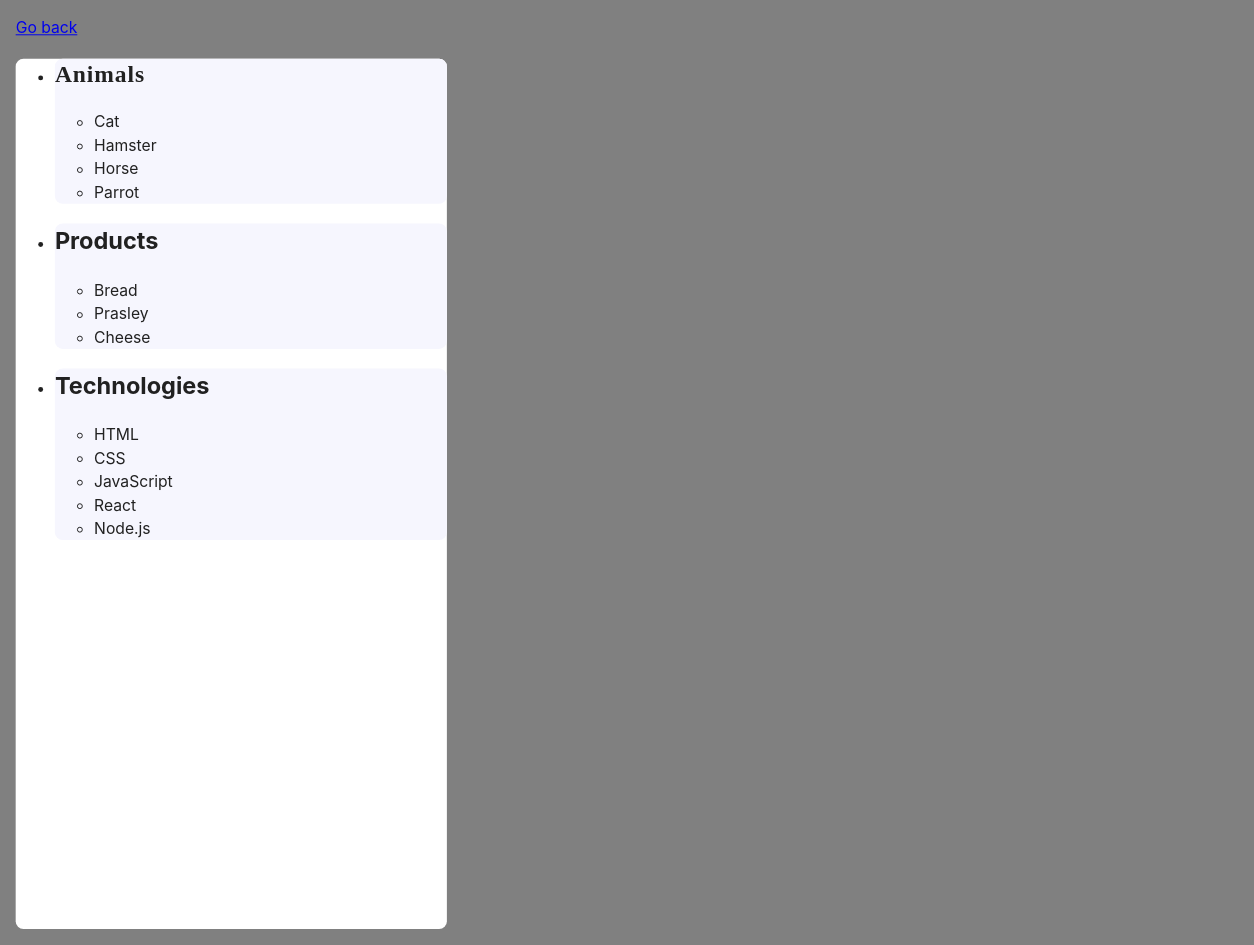
Repository: ViacheslavParfenenko/goit-js-hw-07
Page: task-1.html
An editor plug-in stored every save of this project. The page is shown before and after the next save, followed by the edit.
The browser window is 1280 px wide. The pictures show the whole page, at 98% of full size.

Above is the page before, as saved 2024-07-09 17:06:49.

After the next save:
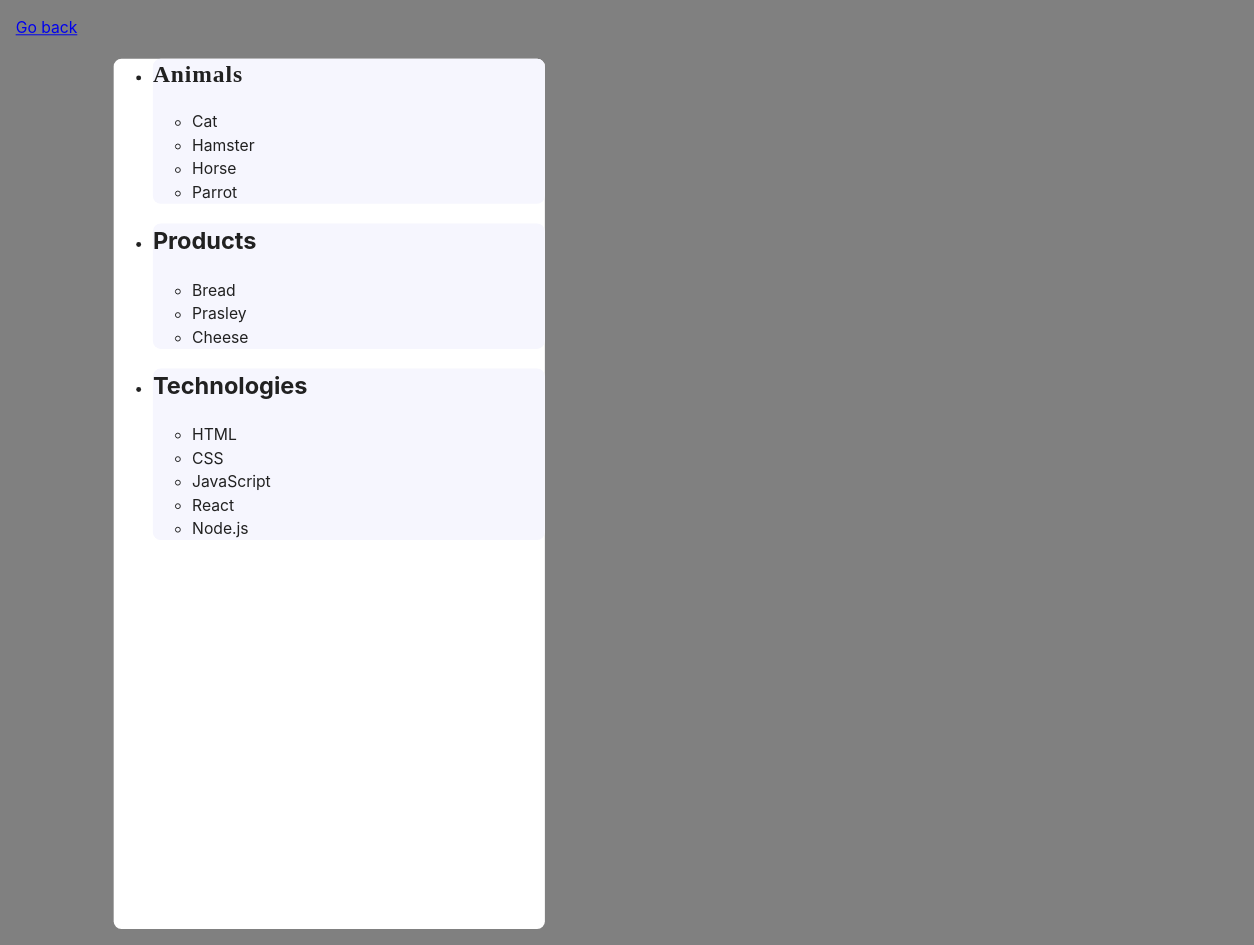
Saved 13 s later.
--- a/css/common.css
+++ b/css/common.css
@@ -14,7 +14,7 @@ body {
 }
 
 .list {
-  margin-left: ;
+  margin-left: 100px;
   background-color: #fff;
   width: 440px;
   height: 888px;;
